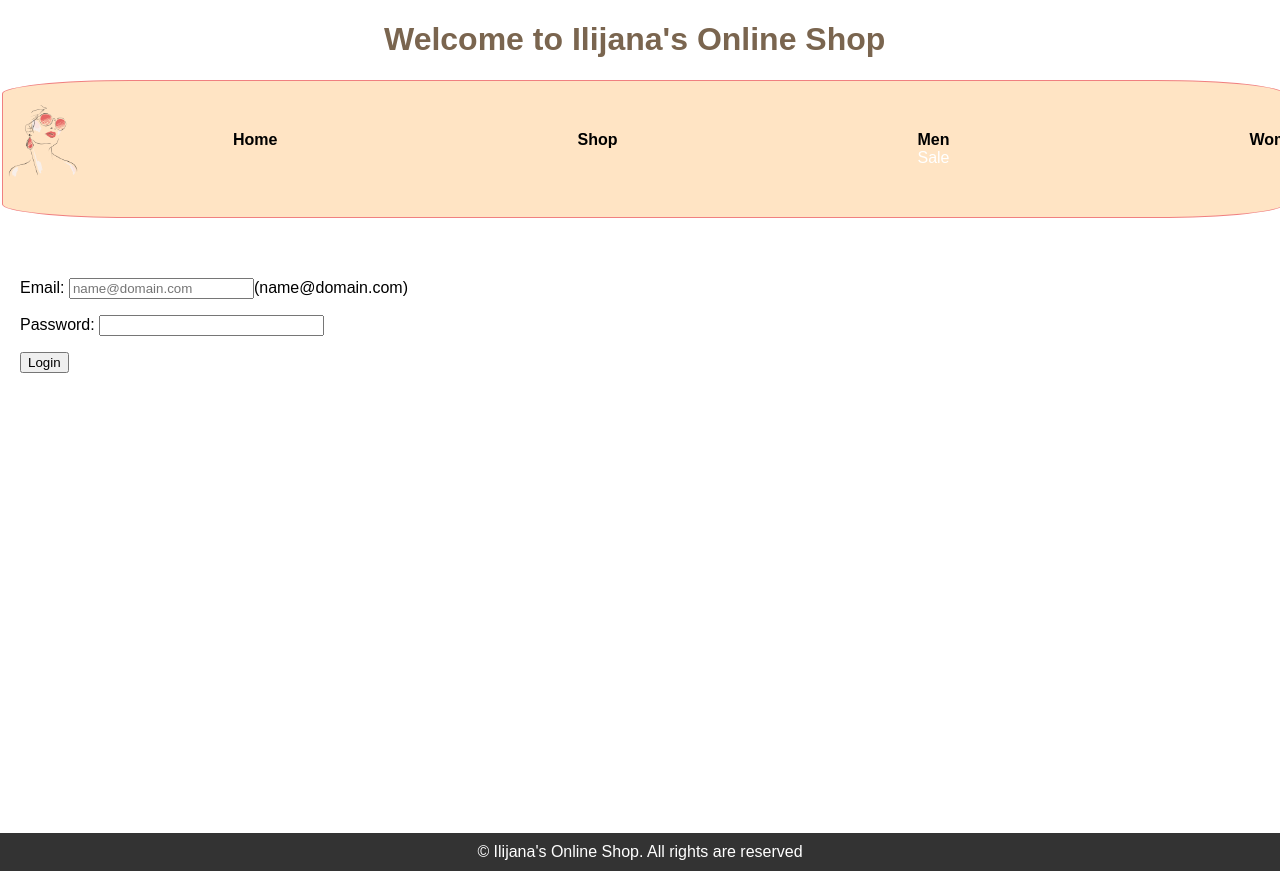
Repository: ilijana123/Proekt1
Page: html.html
An editor plug-in stored every save of this project. The page is shown before and after the next save, followed by the edit.
The browser window is 1280 px wide. The pictures show the whole page.

Above is the page before, as saved 2023-11-13 01:53:55.

### html.html
<!DOCTYPE html>
<html>
    <head>

    <meta charset="utf-8">
    <title>Online shop</title>
    <link rel="stylesheet" type="text/css" href="1.css">
    <script src="script.js"></script>

    </head>

    <body>
    <header>
       <h1>Welcome to Ilijana's Online Shop</h1>
    </header>

    <nav>
        <div class="social-call">
        <div class="social">
            <a href="#"><i class="fab fa-facebook-f"></i></a>
            <a href="#"><i class="fab fa-twitter"></i></a>
            <a href="#"><i class="fab fa-youtube"></i></a>
            <a href="#"><i class="fab fa-instagram"></i></a>
        </div>
        </div>
        <div class="navigation">
            <a href="#" class="logo"><img src="logo.png"></a>
            <div class="toggle"></div>
            <ul class="menu">
            <li><a href="#">Home</a></li>
            <li  class="shop"><a href="#" >Shop</a></li>
            <li><a href="#">Men</a>
                <span class="sale-lable">Sale</span>
            </li>
            <li><a href="#">Women</a></li>
            <li><a href="#">Kids</a></li>
            </ul>
            <div class="right-menu">
            <a href="javascript:void(0);" class="search">
                <i class="fas fa-search"></i>
            </a>
            <a href="javascript:void(0);" class="user">
                <i class="far fa-user"></i>
            </a>
            <a href="#">
                <i class="fas fa-shopping-cart">
                    <span class="num-cart-product">0</span>
                </i>
            </a>
            </div>
        </div>
    </nav>

       <section id="home">
            <h2>Home</h2>
            <p>Opis</p>
        </section>

        <section id="contact">
            <form method="post" autocomplete="on">
                <p><label>Email:
                    <input type="email" id="email"
                        placeholder="name@domain.com"/>(name@domain.com)
                </label></p>
                <p><label>Password:
                    <input type="password" id="password" size="25"
                        placeholder=""/>
                </label></p>
                <button onclick="btnClicked()">Login</button>
            </form>
       </section>

       <section id="category1"></section>
       <section id="category2"></section>
       <section id="category3"></section>
       <section id="instagram"></section>
      <section id="survey">
      </section>
      <section id="questionnaire">
      </section>
      <section id="contact">
      </section>
       <footer> &copy; Ilijana's Online Shop. All rights are reserved</footer>

    </body>
</html>

### 1.css
h1  {
     font-family: fantasy;
        color:rgb(122, 101, 79);
        position:relative;
        margin-left: 30%;
        text-decoration:double;
        text-decoration-color: aliceblue;
    }
    body
    {
        margin: 0;
        padding: 0;
        font-family: Arial, sans-serif;
    }
    .navigation
    {
        display:flex;
        justify-content: space-between;
        allign-items: center;
        background-color:bisque;
        margin:auto;
        position: fixed;
        color: white;
        padding:auto;
        left: 2px;
        right: 2px;
        width: 100%;
        z-index: 100;
        border: 1px solid rgba(0,0,0,03);
        border-radius: 10%;
        border-color: lightcoral;
    }
    nav ul
    {
        list-style-type: none;
        margin: 0;
        padding: 0;
        display: flex;
        margin-top: 50px;
        flex-direction: row;

    }

    nav ul li
    {
        display: block;
        margin-bottom: 50px;
        margin-right: 150px;
        margin-left:150px;
    }
    section {
        padding: 20px;
        margin: 20px 0;
    }
    nav a {
        text-decoration:solid;
        color:black;
        font-weight: bold;

    }
    nav a:hover {
        color: #555;
    }

    footer {
        background-color: #333;
        color: white;
        text-align: center;
        padding: 10px;
    }
    .logo img
    {
        height: 80px;
        margin-top: 20px;
    }

### script.js
function btnClicked()
{
    document.location.href="html1.html";
}

After the next save:
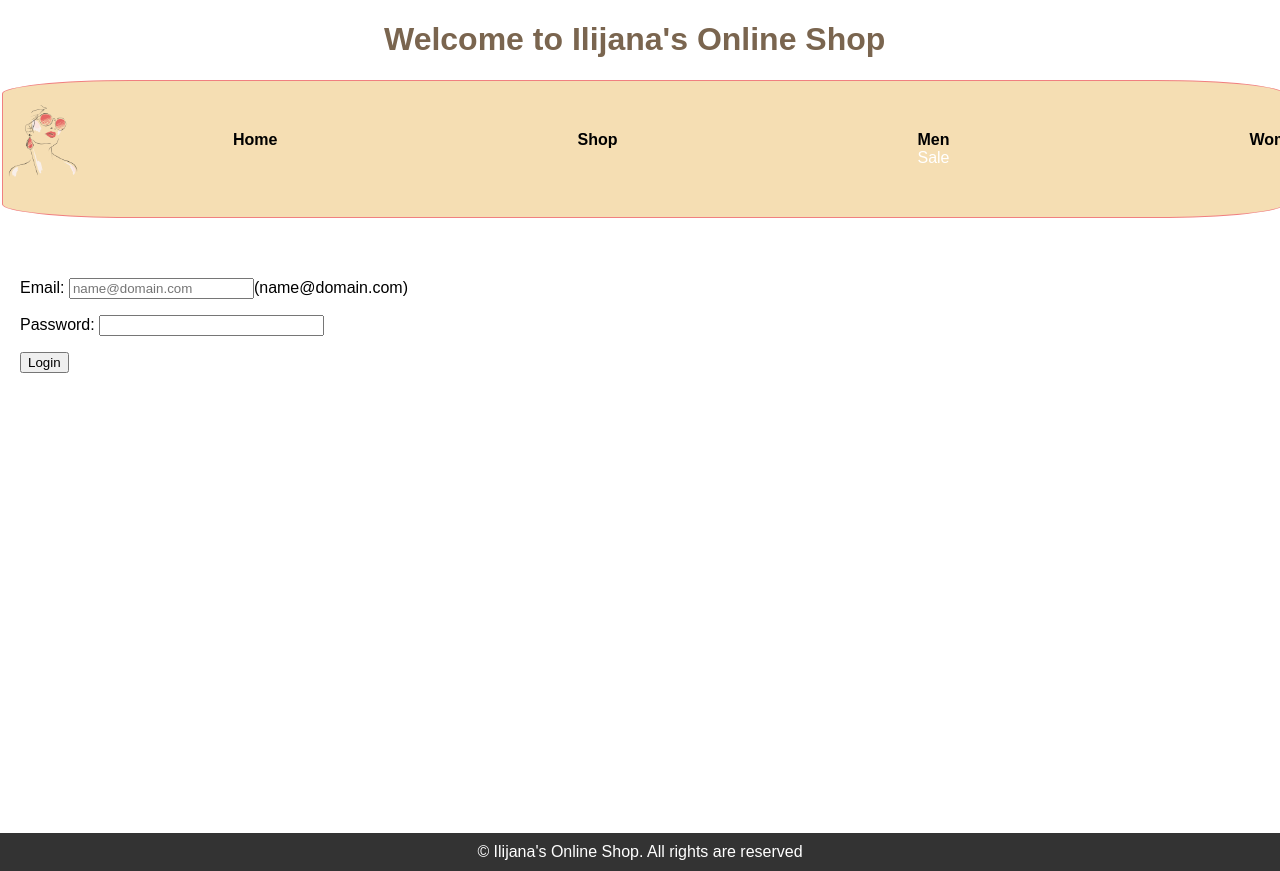
Saved 32 s later.
--- a/1.css
+++ b/1.css
@@ -17,7 +17,7 @@ h1  {
         display:flex;
         justify-content: space-between;
         allign-items: center;
-        background-color:bisque;
+        background-color: wheat;
         margin:auto;
         position: fixed;
         color: white;
